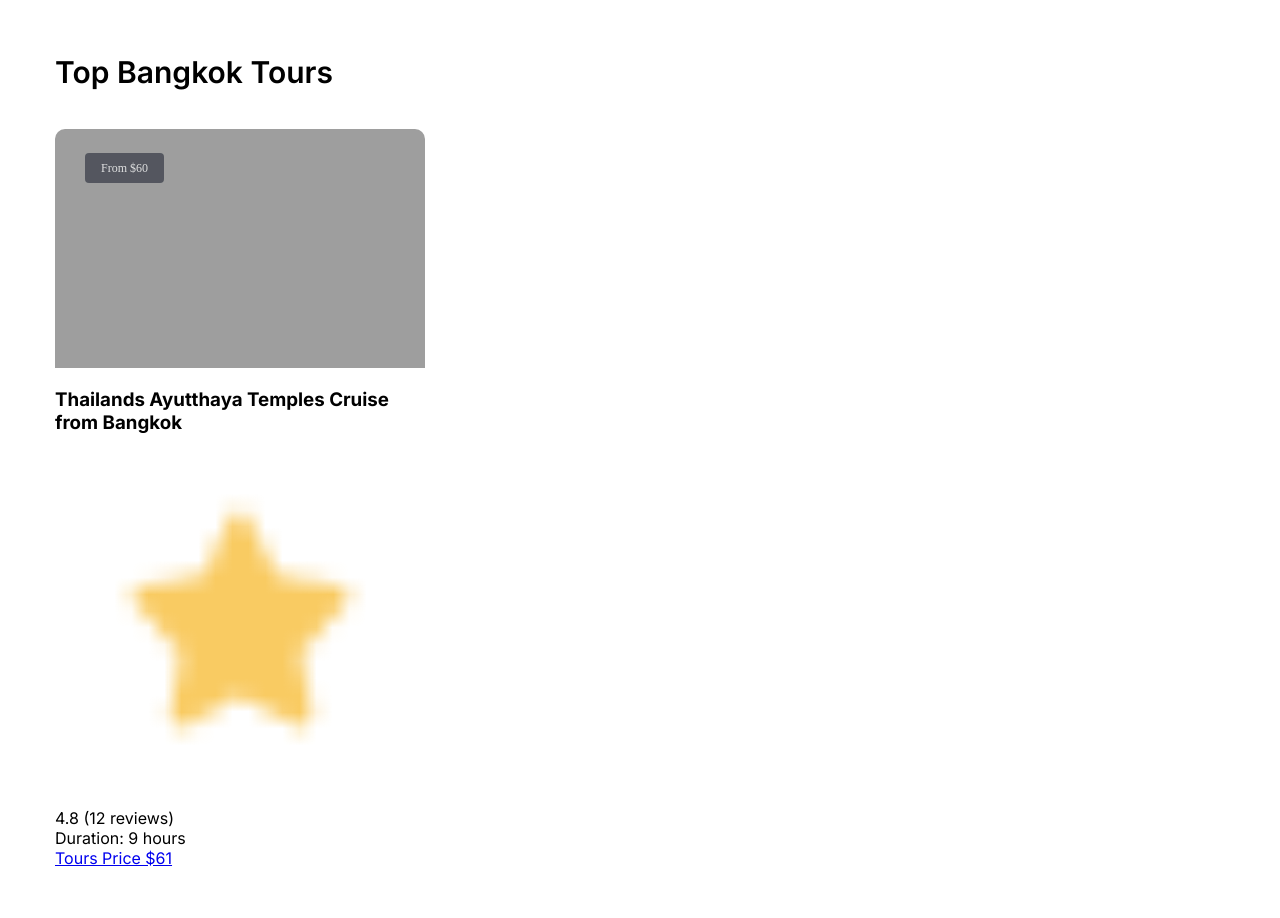
Repository: man0405/practice-web
Page: index.html
These files come from the project's save history. The page is drawn as it stood at one moment and after the next save; the edit follows.
The browser window is 1280 px wide. The pictures show the whole page.
Pictures or frames that could not be fetched are drawn as grey boxes. Some web fonts or font styles are not loaded; a fallback is used.

Above is the page before, as saved 2023-03-29 10:26:55.

After the next save:
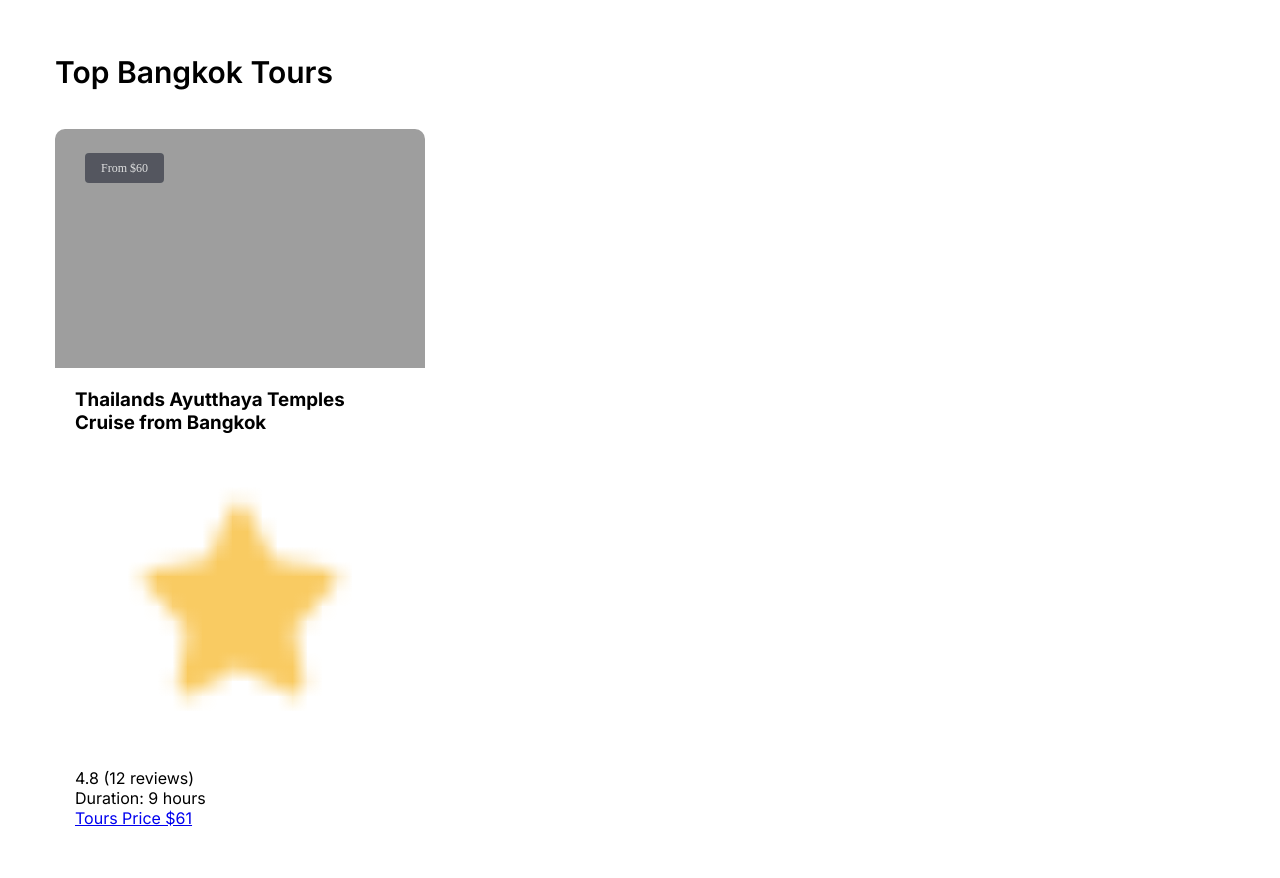
Saved 2 min 35 s later.
--- a/main.css
+++ b/main.css
@@ -66,3 +66,8 @@ img {
   font-family: "DM Sans";
   line-height: 1.6667;
 }
+
+.tour-contents {
+  margin-left: 20px;
+  margin-right: 20px;
+}
